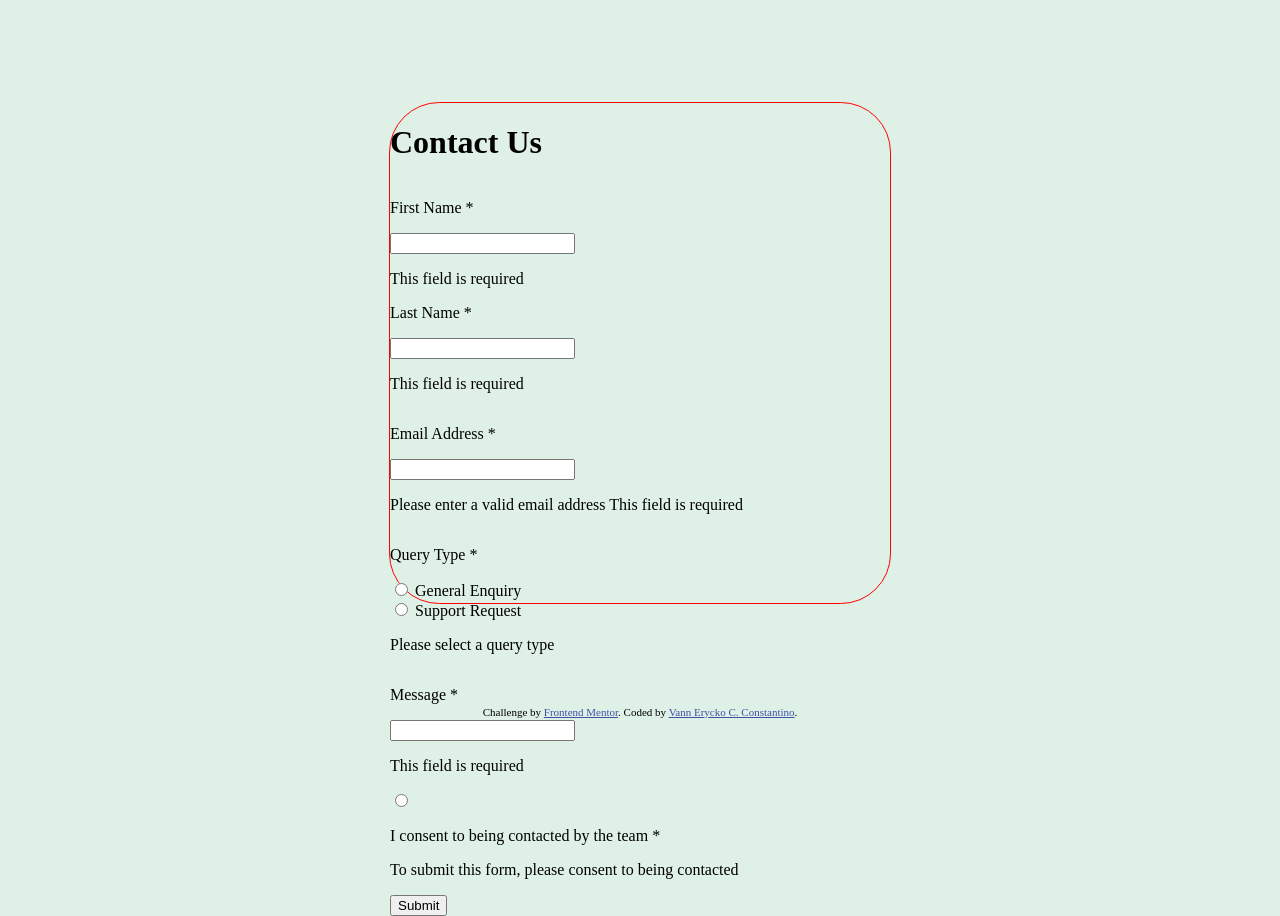
Repository: kocokoy/contact-form
Page: contact-form-main/index.html
An editor plug-in stored every save of this project. The page is shown before and after the next save, followed by the edit.
The browser window is 1280 px wide. The pictures show the whole page.

Above is the page before, as saved 2024-10-24 08:53:26.

After the next save:
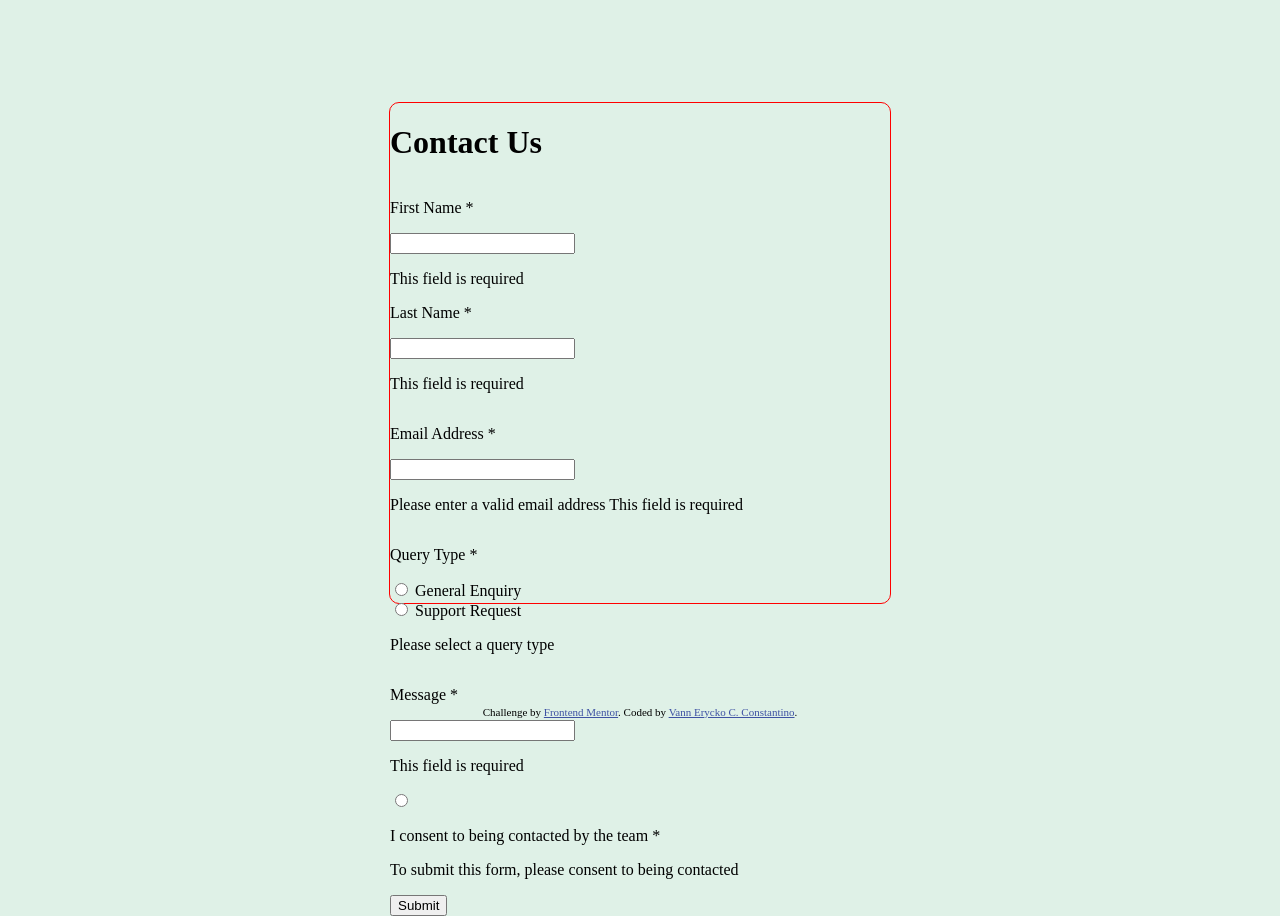
Saved 6 s later.
--- a/contact-form-main/styles/style.css
+++ b/contact-form-main/styles/style.css
@@ -28,5 +28,5 @@ body{
   border: 1px solid red;
   height: 500px;
   width: 500px;
-  border-radius: 10%;
+  border-radius: 10px;
 }
